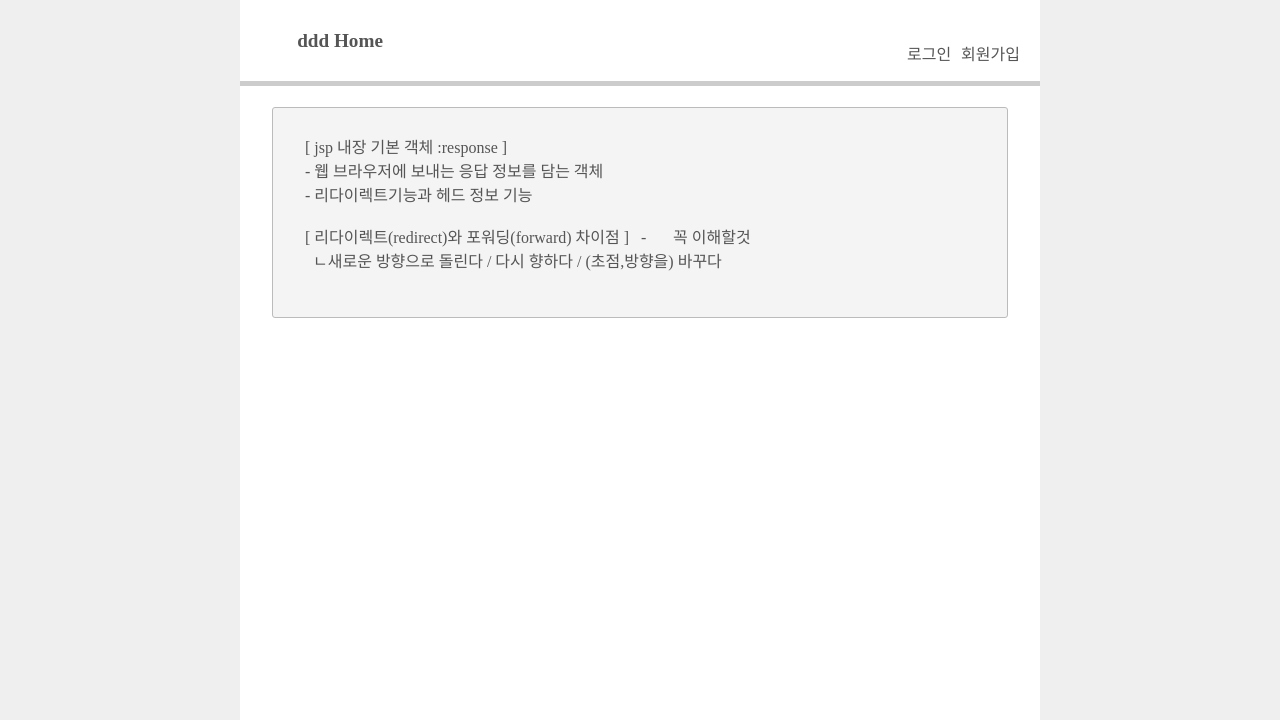
Repository: Deneb0000/JSP
Page: http://localhost/jspPro/days03/ex07.jsp
The author's editor kept a copy of each file at every save. The page is drawn from the files as they stood at one save, then again after the next save.
The browser window is 1280 px wide. The pictures show the whole page.
Some web fonts or font styles are not loaded; a fallback is used. The page is served by Tomcat 9. Other server files are loaded and not shown.

Above is the page before, as saved 2024-10-17 06:17:27.

### jspPro/src/main/webapp/days03/ex07.jsp
<%@ page contentType="text/html; charset=UTF-8" pageEncoding="UTF-8"%>
<!DOCTYPE html>
<html>
<head>
<meta charset="UTF-8">
<title>Insert title here</title>
<link rel="shortcut icon" type="image/x-icon" href="http://localhost/jspPro/images/SiSt.ico">
<script src="https://ajax.googleapis.com/ajax/libs/jquery/3.7.1/jquery.min.js"></script>
<meta name="viewport" content="width=device-width, initial-scale=1.0">
<meta name="google" content="notranslate">
<link rel="stylesheet" href="http://localhost/jspPro/resources/cdn-main/example.css">
<script src="http://localhost/jspPro/resources/cdn-main/example.js"></script>
<style>
 span.material-symbols-outlined{
    vertical-align: text-bottom;
 }
</style>
</head>
<body>
<header>
  <h1 class="main"><a href="#" style="position: absolute;top:30px;">ddd Home</a></h1>
  <ul>
    <li><a href="#">로그인</a></li>
    <li><a href="#">회원가입</a></li>
  </ul>
</header>
<div>
  <xmp class="code">
    [ jsp 내장 기본 객체 :response ]
    - 웹 브라우저에 보내는 응답 정보를 담는 객체
    - 리다이렉트기능과 헤드 정보 기능

    [ 리다이렉트(redirect)와 포워딩(forward) 차이점 ]	-	꼭 이해할것
      ㄴ새로운 방향으로 돌린다 / 다시 향하다 / (초점,방향을) 바꾸다

  </xmp>
</div>
</body>
</html>

### jspPro/src/main/webapp/resources/cdn-main/example.css
@charset "UTF-8";

@import url('https://fonts.googleapis.com/css2?family=Material+Symbols+Outlined:opsz,wght,FILL,GRAD@20..48,100..700,0..1,-50..200');

@font-face {
    font-family: 'GmarketSansMedium';
    src: url('https://cdn.jsdelivr.net/gh/projectnoonnu/noonfonts_2001@1.1/GmarketSansMedium.woff') format('woff');
    font-weight: normal;
    font-style: normal;
}

:root {
	--text-color: #555;
	--sub-text-color: #777;
	--back-color: #EFEFEF;
	--header-color: #444;
	--primary-color: #DEDEDE;
	--secondary-color: #EFEFEF;
	--default-width: 800px;
	--narrow-width: 500px;
	--wide-width: 1200px;
	--text-font: 'GmarketSansMedium';
	--icon-font: 'Material Symbols Outlined';
	--border-color: #CCC;
}

html, body {
	margin: 0;
	padding: 0;
}

html {
	background-color: var(--back-color);
	display: flex;
	justify-content: center;
	min-height: 100vh;
}

body, body.default {
	width: var(--default-width);
	background-color: white;
	padding-bottom: 120px;
}

body.wide {
	width: var(--wide-width);
}

body.narrow {
	width: var(--narrow-width);
}



body, p, div, span, a, input, select, option, textarea, button, table, th, td, label, fieldset, legend {
	font-family: var(--text-font);
	color: var(--text-color);
}

h1, h2, h3 {
	font-family: var(--text-font);
	color: var(--header-color);
	padding: 0 1rem;
	padding-top: .5rem;
}

div > h1, div > h2, div > h3 {
	padding: 0;
}

body > div, body > main > div {
	padding: 0.3rem 1rem;
}


h1 { font-size: 2rem; border-bottom: 1px solid var(--border-color); }
h1 small { font-size: 1.2rem; color: var(--sub-text-color); }
h2 { font-size: 1.5rem; border-bottom: 1px dashed var(--border-color); }
h2 small { font-size: 1.1rem; color: --sub-text-color; }
h3 { font-size: 1.2rem; }
h3 small { font-size: 1rem; color: --sub-text-color; }



h1.main::before {
	font-family: var(--icon-font);
  	content: '\e666';
  	margin-right: 10px;
  	float: left;
	font-size: 2.5rem;
}

h1.sub::before {
	font-family: var(--icon-font);
  	content: '\ea19';
  	margin-right: 10px;
  	float: left;
	font-size: 2.5rem;
}


h1.page::before {
	font-family: var(--icon-font);
  	content: '\e0e0';
  	margin-right: 10px;
  	float: left;
	font-size: 2.5rem;
}

body > header > ul > li > .active{
	background-color: #FFF;
	color:#F00;
}

body > header {
	display: flex;
	justify-content: space-between;
	border-bottom: 5px solid var(--border-color);
	min-height: 74px;
	background-color: #FFF;
}

body > header.sticky {
	position: sticky;
	top: 0;
	z-index: 98;
}

body > header > h1 {
	font-size: 1.2rem;
	border: 0;
}

body > header.in > h1::before {
	font-family: var(--icon-font);
  	content: '\e332‥';
  	margin-right: 3px;
  	float: left;
	font-size: 2rem;
}


body > header > ul {
	list-style-type: none;
	display: flex;
	align-items: flex-end;
	margin-right: 10px;
}

body > header > ul > li {
	margin-right: 10px;
	cursor: pointer;
}

body > header > ul > li > a {
	cursor: pointer;
}


form {
	display: block;
}

form > div {
	padding: 0.3rem 1rem;
}

div > form > div {
	padding: 0.3rem 0;
}

input, textarea, button, select {
	border: 1px solid #BBB;
	border-radius: 3px;
	outline: none;
	resize: none;
	padding: 7px;
	margin: 0;
}

input[type=text]:read-only, textarea:read-only {
	cursor: not-allowed;
	background-color: #FFF;
}

input[type=text]:disabled, textarea:disabled {
	cursor: not-allowed;
	background-color: #EEE;
}

input[type=text], input[type=password], textarea, button, select {
	/* width: 300px; */
}

textarea {
	display: block;
	height: 100px;
}

input[type=button], input[type=submit], button {
	/* width: inherit; */
}

input.short, textarea.short, button.short, select.short {
	width: 100px;
}

input.long, textarea.long, button.long, select.long {
	width: 350px;
}

.narrow input.long, .narrow textarea.long, .narrow button.long, .narrow select.long {
	width: calc(100% - 20px);
}

input.full, textarea.full, button.full, select.full {
	width: calc(100% - 20px);
}

textarea.short {
	height: 50px;
}

textarea.long {
	height: 100px;
}

textarea.full {
	height: 200px;
}

input, textarea {
	padding-top: 8px;
}

input[type=button], input[type=submit], button {
	padding: 5px 10px;
	background-color: var(--secondary-color);
	cursor: pointer;
	min-height: 36px;
}

input[type=button].primary, input[type=submit].primary, button.primary {
	/* background-color: rgba(100, 149, 237, .2); */
	background-color: var(--primary-color);
}

input[type=button].primary:hover, input[type=submit].primary:hover, button.primary:hover {
	/* background-color: rgba(100, 149, 237, .3); */
	background-color: var(--secondary-color);
}

input[type=button]:hover, input[type=submit]:hover, button:hover {
	background-color: var(--primary-color);
}

button {
	position: relative;
	left: 0;
	top: 0;
	padding-left: 35px;
}

button .material-symbols-outlined {
	position: absolute;
	left: 10px;
	top: 4px;
}

/* k2nik add */
button.login::before {
	font-family: var(--icon-font);
  	content: '\ea77';
	position: absolute;
	left: 11px;
	top: 4px;
	font-size: 1.25rem;
}

/* k2nik logout */
button.logout::before {
	font-family: var(--icon-font);
  	content: '\e9ba';
	position: absolute;
	left: 11px;
	top: 4px;
	font-size: 1.25rem;
}

/* k2nik help */
button.help::before {
	font-family: var(--icon-font);
  	content: '\f1c0';
	position: absolute;
	left: 11px;
	top: 4px;
	font-size: 1.25rem;
}

button.add::before{
	font-family: var(--icon-font);
  	content: '\e746';
	position: absolute;
	left: 11px;
	top: 4px;
	font-size: 1.25rem;
}

button.back::before {
	font-family: var(--icon-font);
  	content: '\e166';
	position: absolute;
	left: 11px;
	top: 4px;
	font-size: 1.25rem;
}

button.list::before {
	font-family: var(--icon-font);
  	content: '\e0ee';
	position: absolute;
	left: 11px;
	top: 4px;
	font-size: 1.25rem;
}


button.del::before {
	font-family: var(--icon-font);
  	content: '\e872';
	position: absolute;
	left: 11px;
	top: 4px;
	font-size: 1.25rem;
}


button.edit::before {
	font-family: var(--icon-font);
  	content: '\e745';
	position: absolute;
	left: 11px;
	top: 4px;
	font-size: 1.25rem;
}


button.login::before {
	font-family: var(--icon-font);
  	content: '\ea77';
	position: absolute;
	left: 11px;
	top: 4px;
	font-size: 1.25rem;
}


button.logout::before {
	font-family: var(--icon-font);
  	content: '\e9ba';
	position: absolute;
	left: 11px;
	top: 4px;
	font-size: 1.25rem;
}


button.in::before {
	font-family: var(--icon-font);
  	content: '\f71a';
	position: absolute;
	left: 11px;
	top: 4px;
	font-size: 1.25rem;
}


button.out::before {
	font-family: var(--icon-font);
  	content: '\f70e';
	position: absolute;
	left: 11px;
	top: 4px;
	font-size: 1.25rem;
}


button.reply::before {
	font-family: var(--icon-font);
  	content: '\e15e';
	position: absolute;
	left: 11px;
	top: 4px;
	font-size: 1.25rem;
}


button.comment::before {
	font-family: var(--icon-font);
  	content: '\e0b9';
	position: absolute;
	left: 11px;
	top: 4px;
	font-size: 1.25rem;
}


button.modal::before {
	font-family: var(--icon-font);
  	content: '\e89e';
	position: absolute;
	left: 11px;
	top: 4px;
	font-size: 1.25rem;
}


button.ok::before {
	font-family: var(--icon-font);
  	content: '\e86c';
	position: absolute;
	left: 11px;
	top: 4px;
	font-size: 1.25rem;
}


button.cancel::before {
	font-family: var(--icon-font);
  	content: '\e5c9';
	position: absolute;
	left: 11px;
	top: 4px;
	font-size: 1.25rem;
}

button.search::before {
	font-family: var(--icon-font);
  	content: '\e8b6';
	position: absolute;
	left: 11px;
	top: 4px;
	font-size: 1.25rem;
}

button.home::before {
	font-family: var(--icon-font);
  	content: '\e88a';
	position: absolute;
	left: 11px;
	top: 4px;
	font-size: 1.25rem;
}


button.sidebar::before {
	font-family: var(--icon-font);
  	content: '\f7e4';
	position: absolute;
	left: 11px;
	top: 4px;
	font-size: 1.25rem;
}


button.sidebar-right::before {
	font-family: var(--icon-font);
  	content: '\f7e5';
	position: absolute;
	left: 11px;
	top: 4px;
	font-size: 1.25rem;
}




button::before {
	font-family: var(--icon-font);
  	content: '\e323';
	position: absolute;
	left: 11px;
	top: 4px;
	font-size: 1.25rem;
}


table {
	border-collapse: collapse;
	margin: 1rem;
	box-sizing: border-box;
	width: calc(100% - 32px);
}

table.content {
	width: auto;
}

div > table {
	margin: 0;
}

table th, table td {
	border: 1px solid var(--border-color);
	padding: 7px;
	font-weight: normal;
}

table th {
	background-color: var(--back-color);
}

table.vertical th {
	width: 150px;
}

table.vertical td {
	width: calc(100% - 182px);
	padding-left: 10px;
}

table.content td, table.content th {
	width: auto;
}

body.narrow table.vertical th {
	width: 100px;
}

body.narrow table.vertical td {
	width: calc(100% - 182px);
}


table + table {
	margin-top: 30px;
}


p {
	padding: 0 1rem;
}

a {
	text-decoration: none;
}

a:hover {
	color: rgba(255, 99, 71, .7);
}

hr {
	border: 0;
	border-top: 1px solid var(--border-color);
	margin: 2rem 0;
}

.message {
	border: 1px solid var(--border-color);
	background-color: #EFEFEF;
	margin: 1rem;
	width: auto;
	padding-top: 10px;
	padding-bottom: 10px;
	font-size: 14px;
}

.message[title]::before {
	content: attr(title);
	display: block;
	border-bottom: 1px solid var(--border-color);
	padding-bottom: 5px;
	margin-bottom: 10px;
	margin-top: 7px;
}

.message.short {
	max-width: 250px;
}

.message.long {
	max-width: 500px;
}

.badge {
	float: right;
	font-size: .8rem;
	margin-top: 2px;
	margin-right: 2px;
	text-shadow: 0 0 7px gray;
}

.badge.left {
	float: none;
	margin-left: 2px;
}

.badge.right {
	float: right;
}

.badge.red {
	border-radius: 50%;
	padding: 2px 5px;
	background-color: rgb(255, 99, 71, .3);
}

.badge.yellow {

	border-radius: 50%;
	padding: 2px 5px;
	background-color: rgb(255, 215, 0, .5);
}

.badge.blue {
	border-radius: 50%;
	padding: 2px 5px;
	background-color: rgb(100, 149, 237, .3);
}

label + label {
	margin-left: 7px;
}

label input[type=checkbox], label input[type=radio] {
	transform: translate(0, 1px);
}

.group {
	display: flex;
}

.modal-content .group {
	margin-bottom: .5rem;
}

.group label {
	border: 1px solid #BBB;
	border-radius: 3px;
	outline: none;
	resize: none;
	padding: 7px 14px;
	margin: 0;
	border-top-right-radius: 0;
	border-bottom-right-radius: 0;
	background-color: #EFEFEF;
	white-space: nowrap;
	font-size: 14px;
}

.group input[type=text] {
	margin-left: -1px;
	border-top-left-radius: 0;
	border-bottom-left-radius: 0;
}

.group select {
	margin-left: -1px;
	border-top-left-radius: 0;
	border-bottom-left-radius: 0;
}

.group input.full[type=text] {
	margin-left: -1px;
	border-top-left-radius: 0;
	border-bottom-left-radius: 0;
	width: 100%;
}

.group input[type=button]:first-child, .group button:first-child {
	border-top-left-radius: 3px;
	border-bottom-left-radius: 3px;
	margin-left: 0px;
}

.group input[type=button], .group button {
	border-radius: 0;
	margin-left: -1px;
}

.group input[type=button]:last-child, .group button:last-child {
	margin-left: -1px;
	border-top-right-radius: 3px;
	border-bottom-right-radius: 3px;
}

.seperate {
	display: flex;
	justify-content: space-between;
}

div.list {
	width: max-content;
	margin: 1rem;
	border: 1px solid #BBB;
	border-radius: 3px;
	padding: 0;
}

div.list.full {
	width: auto;
	display: block;
	margin: 1rem;
	border: 1px solid #BBB;
	border-radius: 3px;
	padding: 0;
}

div.list > div {
	padding: .5rem 1rem;
	margin: 0;
	border-bottom: 1px solid #BBB;
}

div.list > div:last-child {
	border-bottom: 0;
}

pre.code , xmp.code{
	font-family: consols;
	background-color: rgba(150, 150, 150, .1);
	border: 1px solid #BBB;
	border-radius: 3px;
	padding: .5rem 1rem;
	padding-bottom: .6rem;
	margin: 1rem;
}




*[data-modal-window] {
	position: fixed;
	background-color: rgba(0, 0, 0, .3);
	left: 0;
	top: 0;
	display: none;
	justify-content: center;
	align-items: flex-start;
	width: 100%;
	min-height: 100vh;
	z-index: 100;
	opacity: 0;
	transition: 500ms all;
}

*[data-modal-window] .modal-container {
	border-radius: 5px;
	padding: 1rem;
	padding-bottom: .5rem;
	margin-top: -500px;
	opacity: 0;
	width: 500px;
	background-color: #FFF;
	margin-right: 2rem;
	transition: 500ms all;
}

*[data-modal-size=content] .modal-container {
	width: auto;
}

*[data-modal-size=narrow] .modal-container {
	width: 300px;
}

*[data-modal-size=wide] .modal-container {
	width: 760px;
}


*[data-modal-window] .modal-header {
	border-bottom: 1px solid var(--border-color);
	padding: 2px 5px;
}

*[data-modal-window] .modal-content {
	padding: 1rem 5px;
}

*[data-modal-window] .modal-content div:last-child {
	margin-top: 1rem;
	text-align: right;
}



*[data-sidebar-window] {
	position: fixed;
	background-color: #FFF;
	left: 0;
	top: 0;
	display: block;
	width: 300px;
	border-right: 1px solid var(--border-color);
	box-sizing: border-box;
	box-shadow: 0 0 3px var(--back-color);
	min-height: 100vh;
	z-index: 99;
	transform: translate(-300px, 0);
	transition-duration: 500ms;
	transition-property: transform;
}

*[data-sidebar-direction=right] {
	left: auto;
	right: 0;
	transform: translate(300px, 0);
	border-left: 1px solid var(--border-color);
}

*[data-sidebar-size=wide] {
	width: 500px;
	transform: translate(-500px, 0);
}

*[data-sidebar-window] .sidebar-title {
	border-bottom: 1px solid var(--border-color);
	margin-top: 20px;
	margin-bottom: 20px;
	padding-bottom: 5px;
	display: flex;
	justify-content: space-between;
}

*[data-sidebar-window] .sidebar-title span:last-child {
	cursor: pointer;
}


/* K2Nik pagination */
.center {
  text-align: center;
}

.pagination {
  display: inline-block;
}

.pagination a {
  color: black;
  float: left;
  padding: 3px 6px;
  text-decoration: none;
  transition: background-color .3s;
  border: 1px solid #ddd;
  margin: 0 3px;
}

.pagination a.active {
  background-color: #4CAF50;
  color: white;
  border: 1px solid #4CAF50;
}

.pagination a:hover:not(.active) {background-color: #ddd;}

### jspPro/src/main/webapp/resources/cdn-main/example.js

window.onload = () => {

    const list = document.querySelectorAll('input, textarea');

    list.forEach(item => {
        item.setAttribute('autocomplete', 'off');
    });


    const modal_btn_list = document.querySelectorAll('*[data-modal-button]');

    modal_btn_list.forEach(item => {
        item.onclick = function() {

            const name = this.dataset['modalButton'];
            const modal_window = document.querySelector('*[data-modal-window=' + name);

            const container = document.createElement('div');
            container.className = 'modal-container';



            const modal_header = document.createElement('div');
            modal_header.textContent = modal_window.dataset['modalTitle'];
            modal_header.className = 'modal-header';
            container.appendChild(modal_header);

            const modal_content = document.createElement('div');
            modal_content.className = 'modal-content';
            container.appendChild(modal_content);

            Array.from(modal_window.childNodes).forEach(item => {
                modal_content.appendChild(item);
            });

            modal_window.appendChild(container);

            modal_window.style.display = 'flex';

            setTimeout(() => {
                modal_window.style.opacity = 1;
                container.style.marginTop = '20px';
                container.style.opacity = 1;
            }, 50);


            const modal_ok = document.querySelector('*[data-modal-ok=' + name);
            modal_ok.addEventListener('click', function() {
                modal_window.style.opacity = 0;
                container.style.marginTop = '-500px';
                container.style.opacity = 0;

                setTimeout(() => {
                    modal_window.innerHTML = modal_content.innerHTML;
                    modal_window.style.display = 'none';
                }, 500);

            });

            const modal_cancel = document.querySelector('*[data-modal-cancel=' + name);
            modal_cancel.addEventListener('click', function() {

                modal_window.style.opacity = 0;
                container.style.marginTop = '-500px';
                container.style.opacity = 0;

                setTimeout(() => {
                    modal_window.innerHTML = modal_content.innerHTML;
                    modal_window.style.display = 'none';
                }, 500);
            });


        };
    });


    const sidebar_btn_list = document.querySelectorAll('*[data-sidebar-button]');

    sidebar_btn_list.forEach(item => {
        item.onclick = function() {



            const name = this.dataset['sidebarButton'];
            const sidebar_window = document.querySelector('*[data-sidebar-window=' + name);

            if (sidebar_window.style.transform == 'translate(0px, 0px)') return;



            sidebar_window.style.transform = 'translate(0, 0)';

            const sidebar_title = document.createElement('div');
            sidebar_title.className = 'sidebar-title';
            sidebar_title.innerHTML = '<span>' + sidebar_window.dataset['sidebarTitle'] + '</span><span class="material-symbols-outlined">close</span>';

            sidebar_title.children[1].onclick = function() {

                let sign = 1;
                let distance = 300;

                if (sidebar_window.dataset['sidebarDirection'] != 'right') {
                    sign = -1;
                } else {
                    sign = 1;
                }

                if (sidebar_window.dataset['sidebarSize'] != 'wide') {
                    distance = 300;
                } else {
                    distance = 500;
                }

                distance *= sign;

                sidebar_window.style.transform = 'translate(' + distance + 'px, 0)';

                setTimeout(function() {
                    sidebar_window.removeChild(sidebar_window.children[0]);
                }, 500);
            };


            sidebar_window.prepend(sidebar_title);

        }
    });

};

// window.onkeydown = function(event) {

//     if (event.keyCode == 27) {
//         if (document.querySelector('[data-modal-window').style.display == 'flex') {
//             document.querySelector('[data-modal-window').style.display = 'none';
//         }
//     }

// };

After the next save:
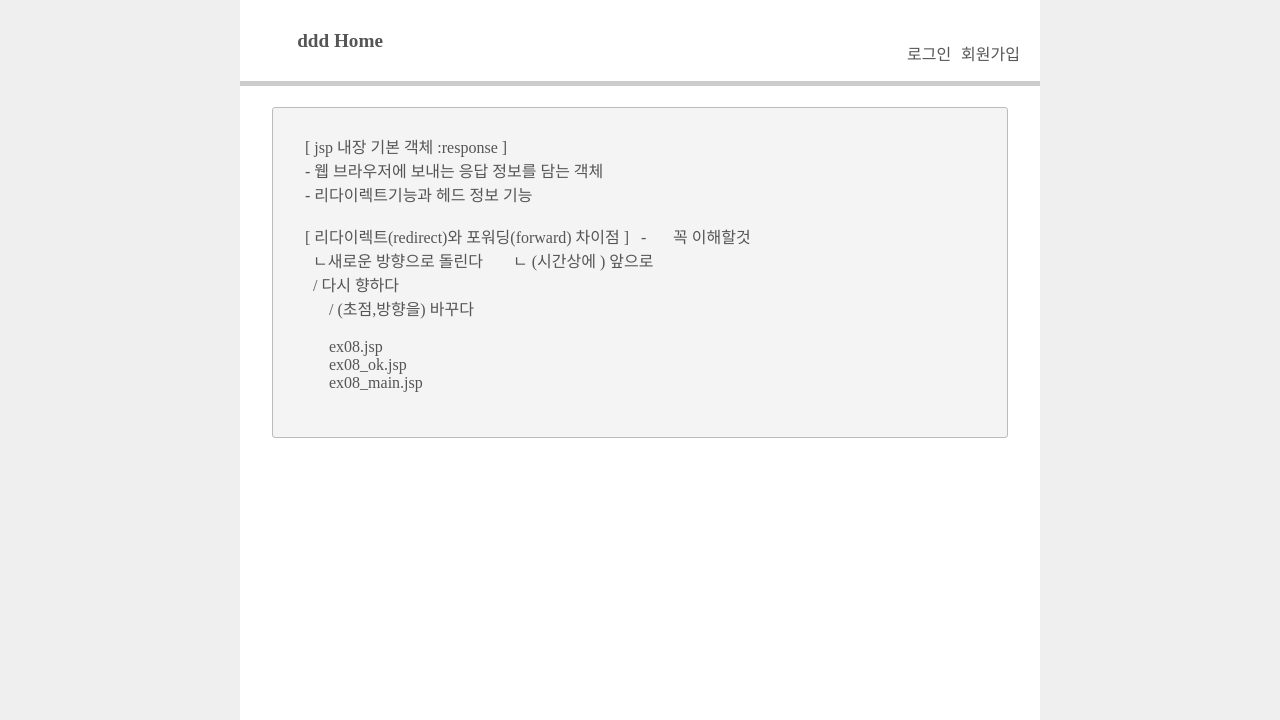
Saved 68 s later.
--- a/jspPro/src/main/webapp/days03/ex07.jsp
+++ b/jspPro/src/main/webapp/days03/ex07.jsp
@@ -31,7 +31,13 @@
     - 리다이렉트기능과 헤드 정보 기능
 
     [ 리다이렉트(redirect)와 포워딩(forward) 차이점 ]	-	꼭 이해할것
-      ㄴ새로운 방향으로 돌린다 / 다시 향하다 / (초점,방향을) 바꾸다
+      ㄴ새로운 방향으로 돌린다	ㄴ (시간상에 ) 앞으로
+      / 다시 향하다
+	  / (초점,방향을) 바꾸다
+
+	  ex08.jsp
+	  ex08_ok.jsp
+	  ex08_main.jsp
 
   </xmp>
 </div>
